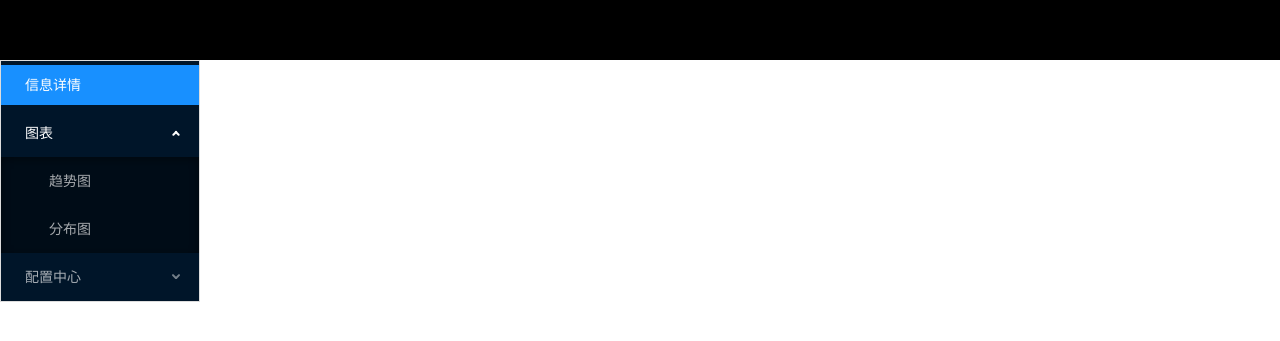
Repository: zhongdm/vue-vuex-antd
Page: /#/home
The author's editor kept a copy of each file at every save. The page is drawn from the files as they stood at one save, then again after the next save.
The browser window is 1280 px wide. The pictures show the whole page.
The project was rebuilt for these pictures with package versions that can differ from the ones it lists, and the page was loaded fresh each time.

Above is the page before, as saved 2019-03-15 09:08:02.

### index.html
<!DOCTYPE html>
<html>
  <head>
    <meta charset="utf-8">
    <meta name="viewport" content="width=device-width,initial-scale=1.0">
    <title>vue-vuex-antd</title>
  </head>
  <body>
    <div id="app"></div>
    <!-- built files will be auto injected -->
  </body>
</html>

### src/main.js
// The Vue build version to load with the `import` command
// (runtime-only or standalone) has been set in webpack.base.conf with an alias.
import Vue from 'vue'
import App from './App'
import router from './router'
import TestPlugin from './plugins-custom/TestPlugin'
import Antd from 'ant-design-vue'
import 'ant-design-vue/dist/antd.css'

Vue.config.productionTip = false
Vue.use(TestPlugin)
Vue.use(Antd)

/* eslint-disable no-new */
new Vue({
  el: '#app',
  router,
  components: { App },
  template: '<App/>'
})

### src/App.vue
<template>
  <div id="app">
    <router-view/>
  </div>
</template>

<script>
export default {
  name: 'App'
}
</script>

<style>
#app {
  font-family: 'Avenir', Helvetica, Arial, sans-serif;
  -webkit-font-smoothing: antialiased;
  -moz-osx-font-smoothing: grayscale;
  /* text-align: center; */
  color: #2c3e50;
  /* margin-top: 60px; */
}
</style>

### src/router/index.js
import Vue from 'vue'
import Router from 'vue-router'

Vue.use(Router)

const router = new Router({
  routes: [
    {
      path: '/',
      name: 'Login',
      component: () => import('@/pages/Login')
    },
    {
      path: '/home',
      component: () => import('@/pages/home/Home'),
      chilren: [
        {
          path: '',
          component: () => import('@/pages/home/Info')
        },
        {
          path: '/settings',
          component: () => import('@/pages/settings/Settings'),
          children: [
            {
              path: '',
              redirect: 'user'
            },
            {
              path: 'user',
              name: 'User',
              component: () => import('@/pages/settings/User')
            },
            {
              path: 'role',
              name: 'Role',
              component: () => import('@/pages/settings/Role')
            }
          ]
        }
      ]
    }
  ]
})

// router.beforeEach((to, from, next) => {
//   console.log(to.path, from)
//   next()
// })
export default router

### src/plugins-custom/TestPlugin.js
let TestPlugin = {}
TestPlugin.install = function (Vue, options) {
  Vue.istest = function () {
    console.log('plugin test success')
  }
  Vue.prototype.logining = function () {
    console.log('loging')
  }
}

export default TestPlugin

### src/pages/home/Home.vue
<template>
  <div>
    <div class="nav-container"></div>
    <!-- <a-row :gutter="16"> -->
      <!-- <a-col :xs="4" :sm="8" :md="8" :lg="8" :xl="6"> -->
        <menu-bar></menu-bar>
      <!-- </a-col> -->
      <!-- <a-col :xs="20" :sm="16" :md="16" :lg="16" :xl="18"> -->
        <router-view/>
      <!-- </a-col> -->
    <!-- </a-row> -->
  </div>
</template>

<script>
export default {
  data () {
    return {
    }
  },
  mounted () {
    // this.$router.push('/Home')
  },
  components: {
    MenuBar: () => import('@/components/MenuBar')
  }
}
</script>

<style lang="stylus" scoped>
.nav-container
  height 60px
  background #000
  width 100%
</style>

### src/components/MenuBar.vue
<template>
  <!-- <a-menu
    mode="inline"
    class="menu-bar"
    theme="dark"
    :defaultSelectedKeys="['1']"
    :defaultOpenKeys="['o1']"
    :selectedKeys="[activeMenu]"
    @click="handleMenu">
    <a-menu-item key="1">信息详情</a-menu-item>
    <a-sub-menu key="o1">
      <span slot="title">图表</span>
      <a-menu-item key="2">趋势图</a-menu-item>
      <a-menu-item key="3">分布图</a-menu-item>
    </a-sub-menu>
    <a-menu-item key="4">配置中心</a-menu-item>
  </a-menu> -->
  <div>
  <a-menu
    mode="inline"
    class="menu-bar"
    theme="dark"
    :defaultSelectedKeys="['1']"
    :defaultOpenKeys="['2']"
    :selectedKeys="[activeMenu]"
    @click="handleMenu">
    <template v-for="item in menuList">
      <a-sub-menu :title="item.value" :key="item.key" v-if="item.children">
        <template v-for="subItem in item.children">
          <a-menu-item :key="subItem.key" :data-path="subItem.link">{{subItem.value}}</a-menu-item>
        </template>
    </a-sub-menu>
    <a-menu-item v-else :key="item.key" :data-path="item.link">{{item.value}}</a-menu-item>
    </template>
  </a-menu>
  </div>
</template>

<script>
export default {
  name: 'menu-bar',
  data () {
    return {
      activeMenu: '1'
    }
  },
  computed: {
    menuList () {
      return [
        {
          key: '1',
          value: '信息详情',
          selected: true,
          link: '/info'
        },
        {
          key: '2',
          value: '图表',
          open: false,
          children: [
            {
              key: '2-1',
              value: '趋势图'
            },
            {
              key: '2-2',
              value: '分布图'
            }
          ]
        },
        {
          key: '3',
          value: '配置中心',
          children: [
            {
              key: '3-1',
              value: '用户',
              link: '/settings/user'
            },
            {
              key: '3-2',
              value: '角色',
              link: '/settings/role'
            }
          ]
        }
      ]
    }
  },
  methods: {
    handleMenu (e) {
      this.activeMenu = e.key
      this.$router.push(e.domEvent.target.dataset.path)
      console.log('selected', e.domEvent.target.dataset.path)
    }
  }
}
</script>

<style lang="stylus" scoped>
.menu-bar
  border 1px solid #ddd
  width 200px
  float left
</style>

After the next save:
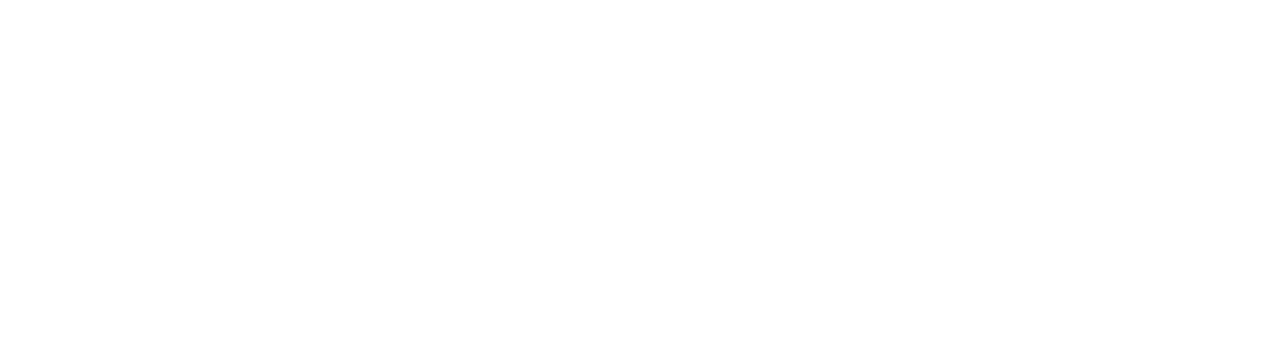
Saved 4 min 27 s later.
--- a/src/router/index.js
+++ b/src/router/index.js
@@ -11,11 +11,11 @@
       component: () => import('@/pages/Login')
     },
     {
-      path: '/home',
+      path: '/',
       component: () => import('@/pages/home/Home'),
       chilren: [
         {
-          path: '',
+          path: '/',
           component: () => import('@/pages/home/Info')
         },
         {

After the 3 saves that followed:
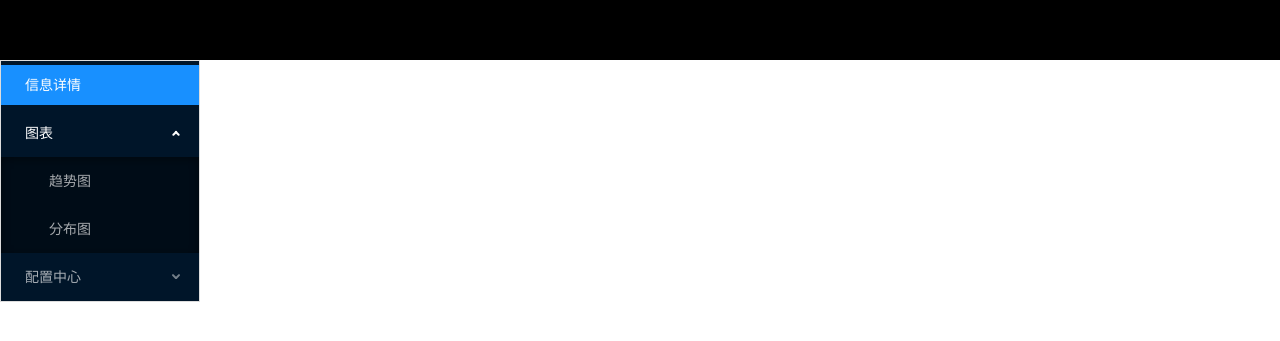
The 3 saves are shown as one change because 2 left the picture as it was.
The last was saved 3 min 36 s later.
--- a/src/router/index.js
+++ b/src/router/index.js
@@ -11,11 +11,11 @@
       component: () => import('@/pages/Login')
     },
     {
-      path: '/',
+      path: '/home',
       component: () => import('@/pages/home/Home'),
       chilren: [
         {
-          path: '/',
+          path: '',
           component: () => import('@/pages/home/Info')
         },
         {
